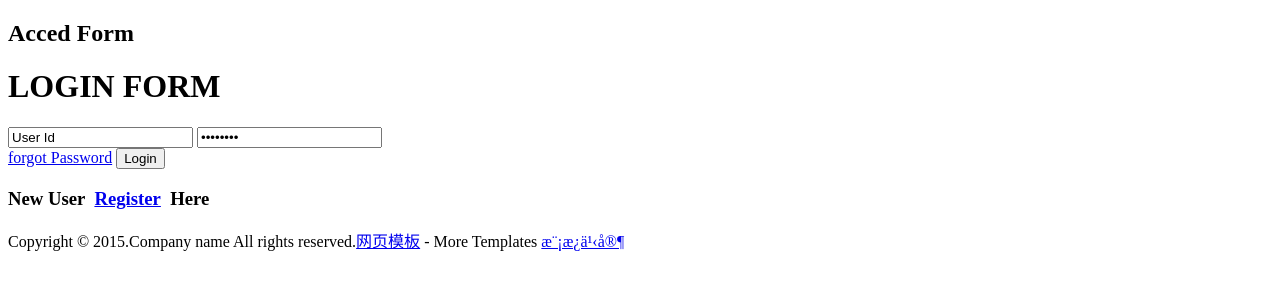
Repository: fintie/java-walker
Page: http://localhost/Walker/WEB-INF/views/login.jsp
The author's editor kept a copy of each file at every save. The page is drawn from the files as they stood at one save, then again after the next save.
The browser window is 1280 px wide. The pictures show the whole page.
Some web fonts or font styles are not loaded; a fallback is used. The page is served by Tomcat 9. Nobody is signed in. The template is opened directly, without the code that normally fills it, so the values that code supplies are empty.

Above is the page before, as saved 2015-12-07 05:06:26.
Not found: Walker/Walker/WEB-INF/views/css/login.css

After the next save:
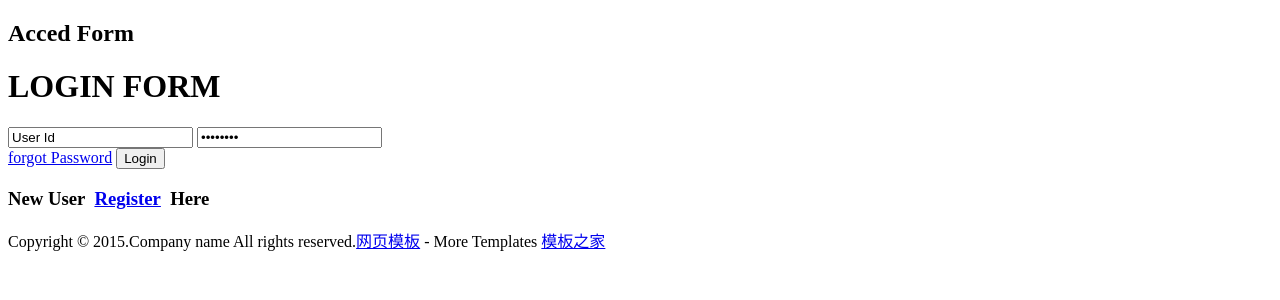
Saved 4 min 16 s later.
--- a/Walker/WebContent/WEB-INF/views/login.jsp
+++ b/Walker/WebContent/WEB-INF/views/login.jsp
@@ -1,3 +1,8 @@
+
+<%@ page language="java" contentType="text/html; charset=UTF-8"
+    pageEncoding="UTF-8"%>
+<%@ taglib prefix="form" uri="http://www.springframework.org/tags/form" %>
+<%@ taglib prefix="c" uri="http://java.sun.com/jsp/jstl/core" %>
 <!DOCTYPE HTML>
 <html>
 <head>
